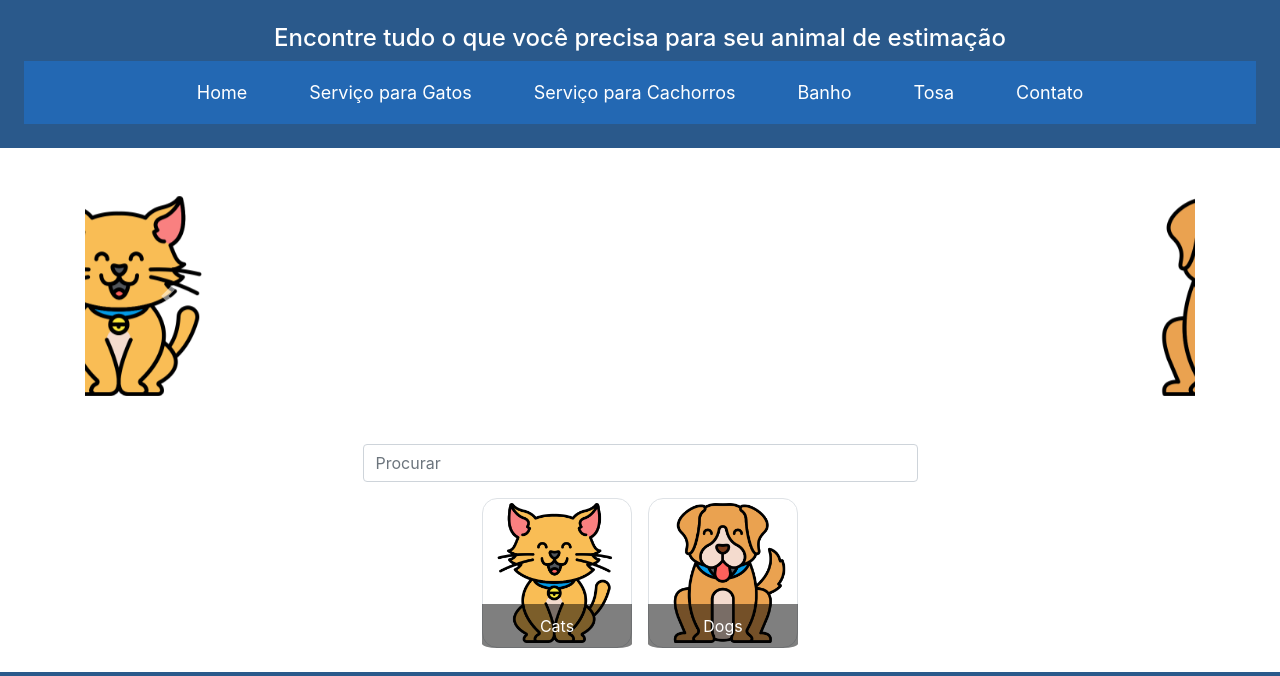
Repository: graeff01/petshop-project
Page: index.html
These files come from the project's save history. The page is drawn as it stood at one moment and after the next save; the edit follows.
The browser window is 1280 px wide. The pictures show the part of the page from y = 0 to 676 px (the page is 1856 px tall).
A picture or video elsewhere on the page could not be fetched, so the positions and the page height are approximate.

Above is the page before, as saved 2024-09-18 11:10:03.

After the next save:
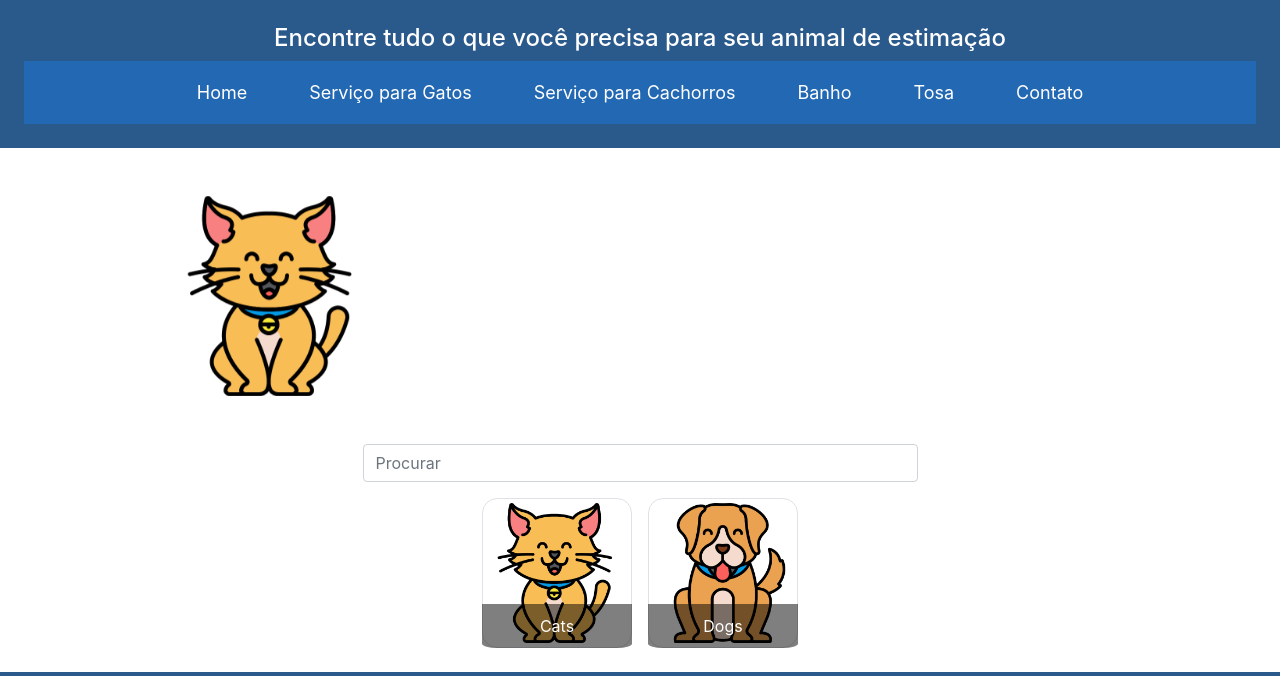
Saved 13 s later.
--- a/css/style.css
+++ b/css/style.css
@@ -64,7 +64,7 @@ nav ul li a:hover {
 .carousel-item img {
     max-height: 300px;
     max-width: 200px;
-    align-items: center;
+margin-left: 150px;
     object-fit: cover;
 }
 
